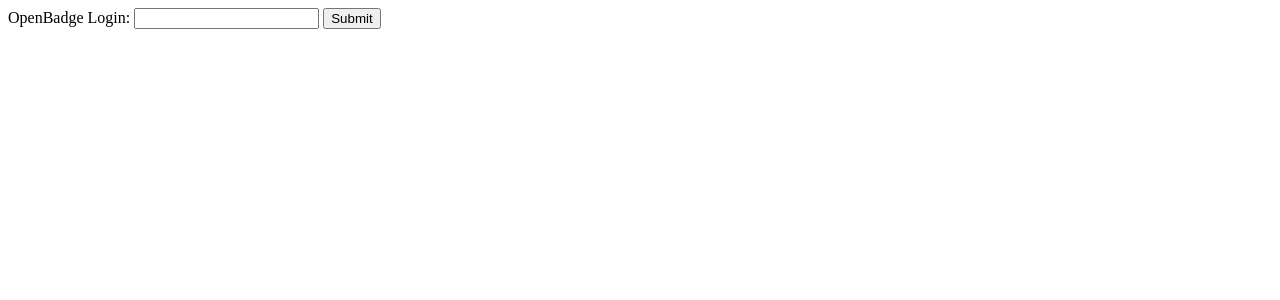
Repository: svencharleer/Navi
Page: http://localhost/navi/login.jsp
An editor plug-in stored every save of this project. The page is shown before and after the next save, followed by the edit.
The browser window is 1280 px wide. The pictures show the whole page.
The page is served by Tomcat 9.

Above is the page before, as saved 2013-02-06 20:23:23.

After the next save:
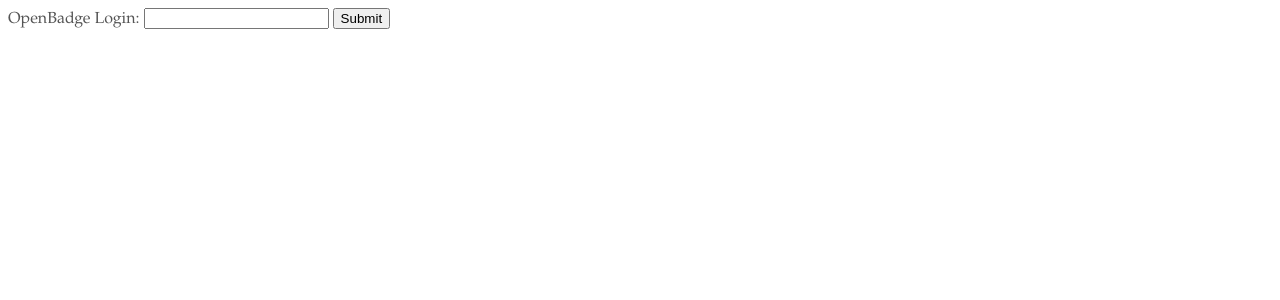
Saved 11 min 49 s later.
--- a/navi/war/login.jsp
+++ b/navi/war/login.jsp
@@ -4,6 +4,8 @@
 <html>
 <head>
 <meta http-equiv="Content-Type" content="text/html; charset=ISO-8859-1">
+<meta name="viewport" content="width=device-width; initial-scale=1.0; maximum-scale=1.0; user-scalable=0;" />
+<link rel='stylesheet' id='style-css'  href='/mobile.css' type='text/css' media='all' />
 <title>Navi HCI</title>
 </head>
 <body>
